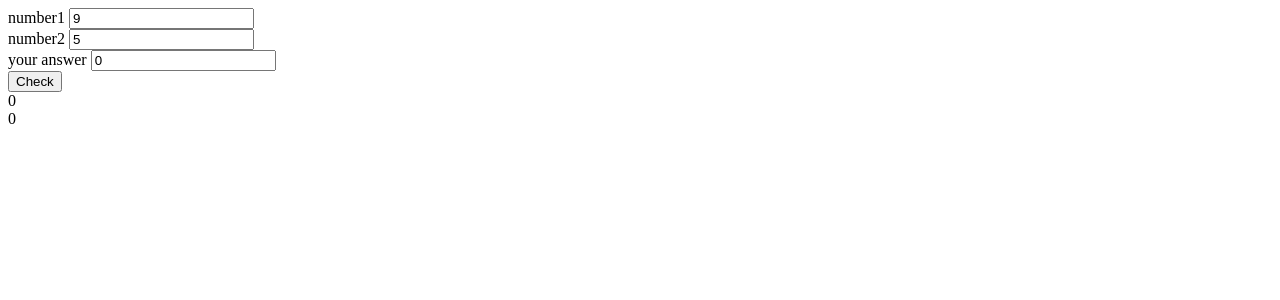
Repository: KYUUBI-K/HTML
Page: За 2 курс/test Vuejs/check child.html
These files come from the project's save history. The page is drawn as it stood at one moment and after the next save; the edit follows.
The browser window is 1280 px wide. The pictures show the whole page.

Above is the page before, as saved 2021-09-06 12:44:12.

After the next save:
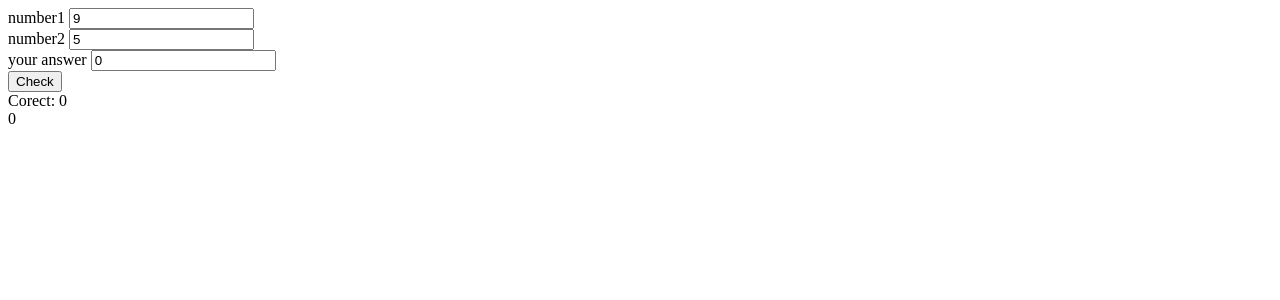
Saved 22 s later.
--- a/За 2 курс/test Vuejs/check child.html
+++ b/За 2 курс/test Vuejs/check child.html
@@ -31,6 +31,7 @@
         </button>
         </div>
         <div>
+         Corect:
         {{corect}}
         </div>
         <div>
